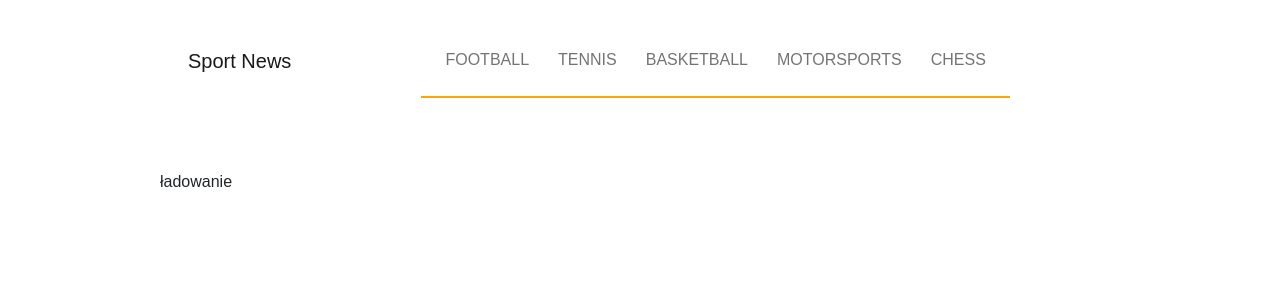
Repository: michalgornicki/sportnews
Page: /
An editor plug-in stored every save of this project. The page is shown before and after a run of saves, followed by the edit.
The browser window is 1280 px wide. The pictures show the whole page.
The page's requests for data from a server got no answer. The project was rebuilt for these pictures with package versions that can differ from the ones it lists, and the page was loaded fresh each time. No one was signed in, and anything a server would have sent is missing. Also part of the build but not shown: src/components/posts/Post.jsx.

Above is the page before, as saved 2022-03-02 08:47:24.

After the next 2 saves:
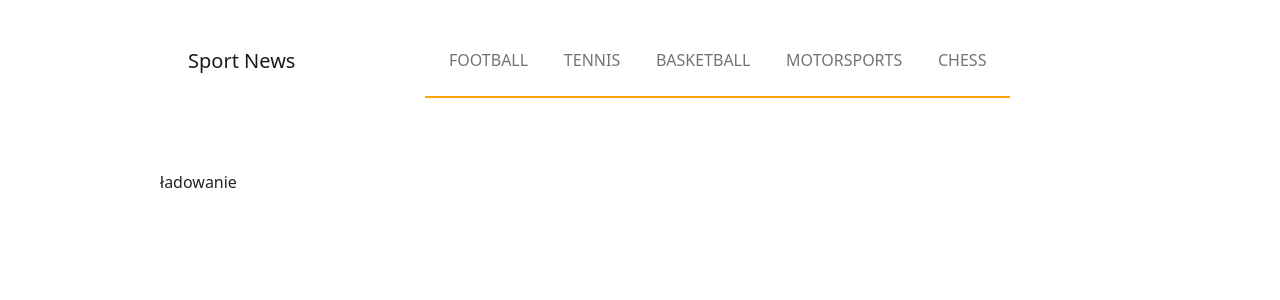
The 2 saves are shown as one change because they came seconds apart.
The last was saved 9 s later.
--- a/src/App.scss
+++ b/src/App.scss
@@ -5,7 +5,7 @@ $myFont: Arial, Helvetica, sans-serif;
 
 
 body{
-  font-family: $myFont!important;
+  font-family:'Franklin Gothic Medium', 'Arial Narrow', Arial, sans-serif
 }
 
 .post:nth-child(7n-6) {
